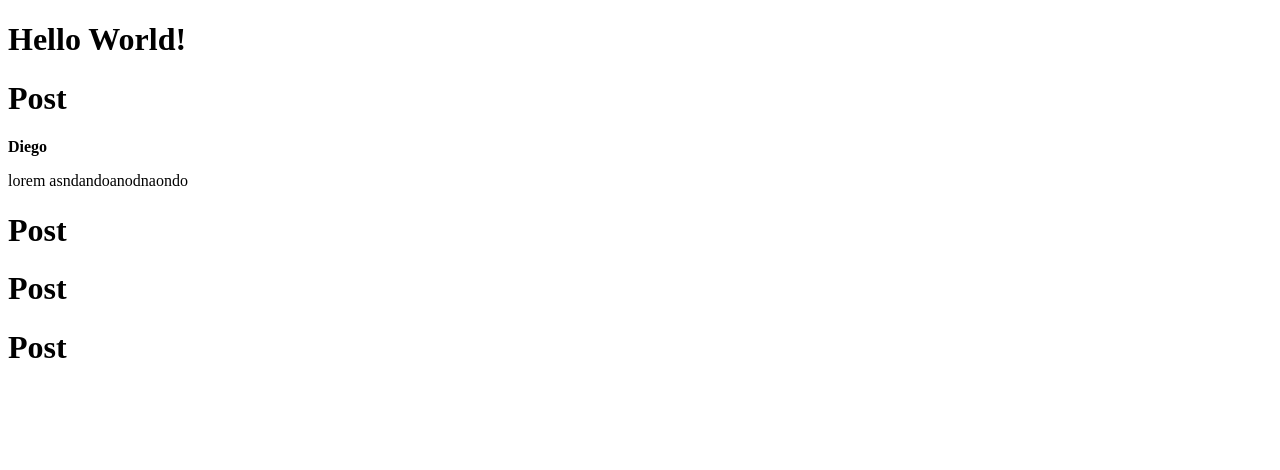
Repository: guilhermecardoso93/ignite-react-igniteFeed
Page: /
The author's editor kept a copy of each file at every save. The page is drawn from the files as they stood at one save, then again after the next save.
The browser window is 1280 px wide. The pictures show the whole page.
The project was rebuilt for these pictures with package versions that can differ from the ones it lists, and the page was loaded fresh each time. Also part of the build but not shown: vite.config.js.

Above is the page before, as saved 2022-06-09 21:14:44.

After the next save:
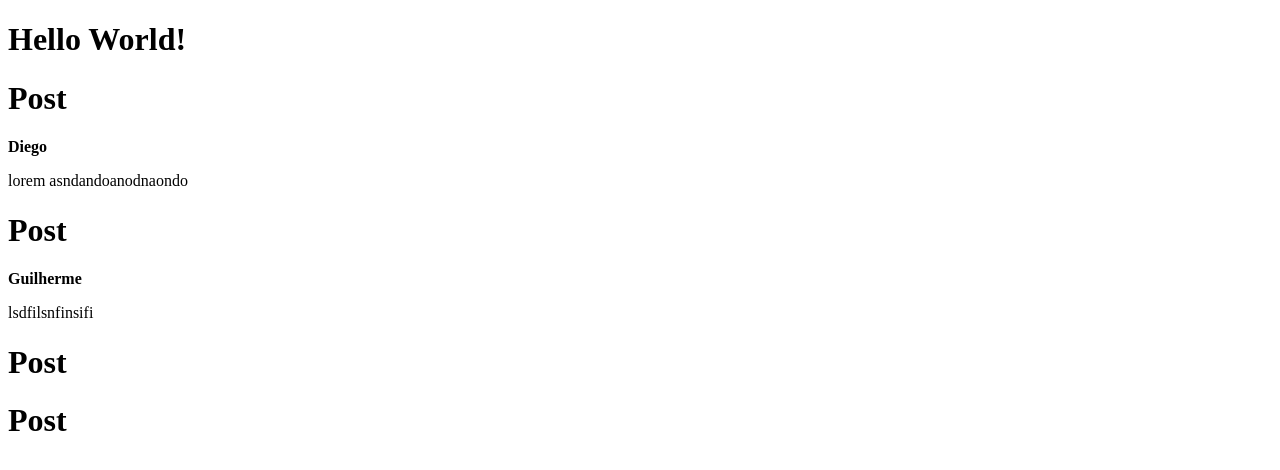
Saved 68 s later.
--- a/src/App.jsx
+++ b/src/App.jsx
@@ -8,7 +8,10 @@ export function App() {
         author='Diego'
         content='lorem asndandoanodnaondo'
       />
-      <Post />
+      <Post
+        author='Guilherme'
+        content='lsdfilsnfinsifi'
+      />
       <Post />
       <Post />
     </>
